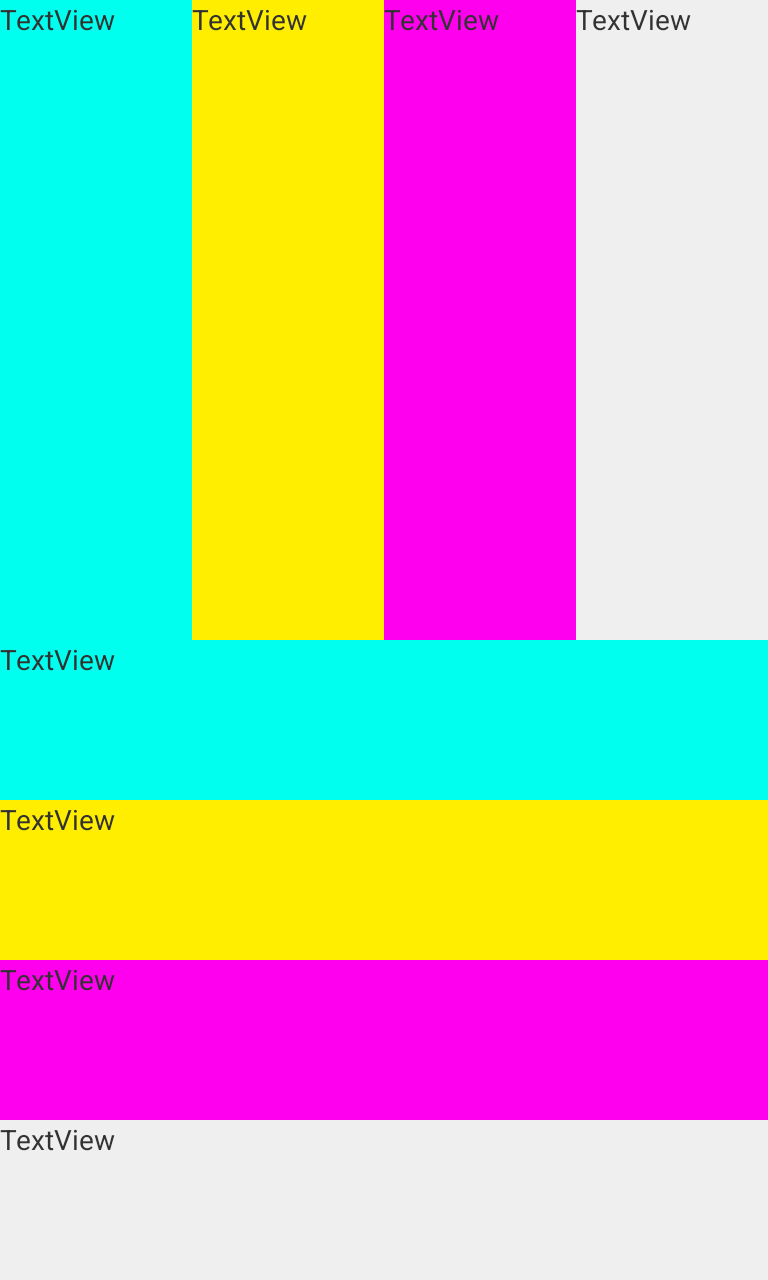
Repository: IvyZh/hm66
Layout: 黑马项目/res/layout/activity_sdstoraget.xml
These files come from the project's save history. The layout is drawn as it stood at one moment and after the next save; the edit follows.
It is drawn on a 768 x 1280 px phone screen (xhdpi) without system bars, with theme AppTheme; the app's code is not run.

Above is the layout before, as saved 2016-05-17 20:05:30.

### 黑马项目/res/layout/activity_sdstoraget.xml
<LinearLayout xmlns:android="http://schemas.android.com/apk/res/android"
    xmlns:tools="http://schemas.android.com/tools"
    android:layout_width="match_parent"
    android:layout_height="match_parent"
    android:orientation="vertical" >

    <LinearLayout
        android:layout_width="match_parent"
        android:layout_height="0dp"
        android:layout_weight="1"
        android:orientation="horizontal" >

        <TextView
            android:layout_width="0dp"
            android:layout_height="match_parent"
            android:layout_weight="1"
            android:background="#00ffee"
            android:text="TextView" />

        <TextView
            android:layout_width="0dp"
            android:layout_height="match_parent"
            android:layout_weight="1"
            android:background="#ffee00"
            android:text="TextView" />

        <TextView
            android:layout_width="0dp"
            android:layout_height="match_parent"
            android:layout_weight="1"
            android:background="#ff00ee"
            android:text="TextView" />

        <TextView
            android:layout_width="0dp"
            android:layout_height="match_parent"
            android:layout_weight="1"
            android:background="#efefef"
            android:text="TextView" />
    </LinearLayout>

    <LinearLayout
        android:layout_width="match_parent"
        android:layout_height="0dp"
        android:layout_weight="1"
        android:orientation="vertical" >

        <TextView
            android:layout_width="match_parent"
            android:layout_height="0dp"
            android:layout_weight="1"
            android:background="#00ffee"
            android:text="TextView" />

        <TextView
            android:layout_width="match_parent"
            android:layout_height="0dp"
            android:layout_weight="1"
            android:background="#ffee00"
            android:text="TextView" />

        <TextView
            android:layout_width="match_parent"
            android:layout_height="0dp"
            android:layout_weight="1"
            android:background="#ff00ee"
            android:text="TextView" />

        <TextView
            android:layout_width="match_parent"
            android:layout_height="0dp"
            android:layout_weight="1"
            android:background="#efefef"
            android:text="TextView" />
    </LinearLayout>

</LinearLayout>

Loaded but not shown: 黑马项目/res/values/styles.xml (common file); 黑马项目/res/values-v11/styles.xml (common file); 黑马项目/res/values-v14/styles.xml (common file)

After the next save:
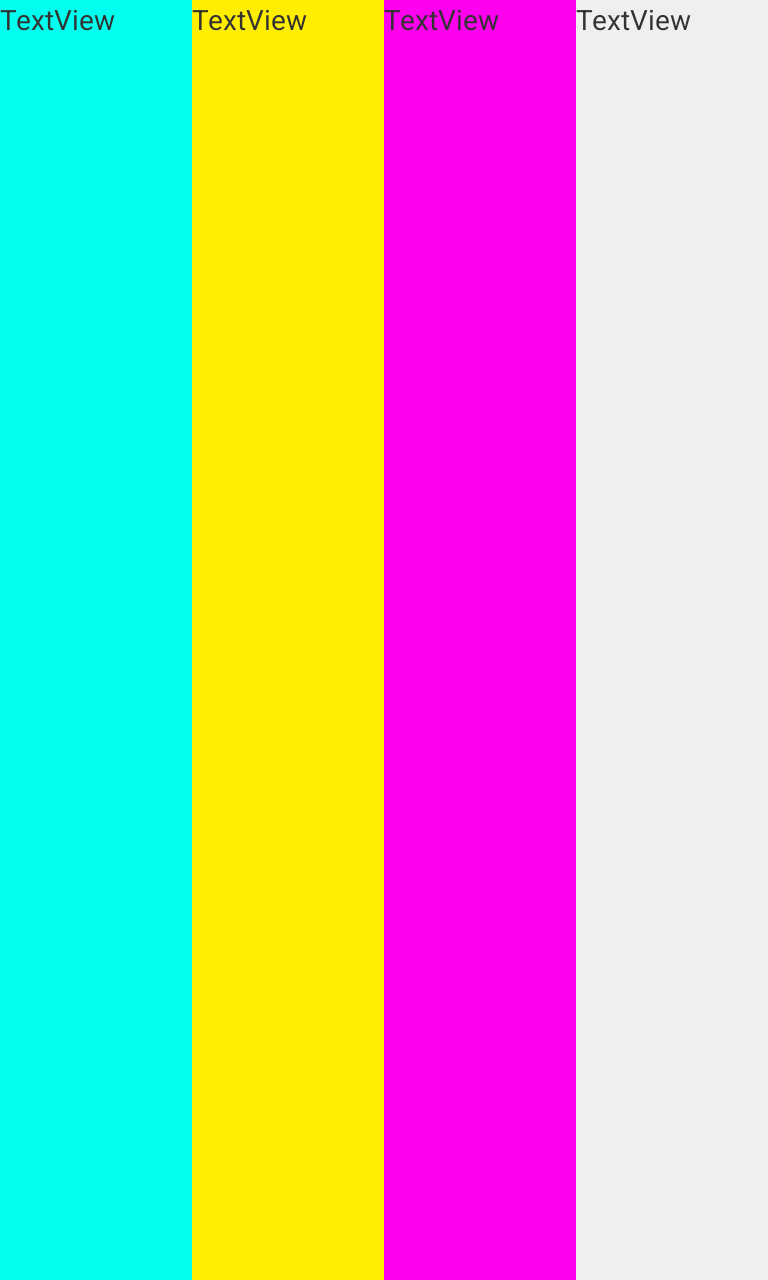
Saved 10 s later.
--- a/黑马项目/res/layout/activity_sdstoraget.xml
+++ b/黑马项目/res/layout/activity_sdstoraget.xml
@@ -39,39 +39,4 @@
             android:text="TextView" />
     </LinearLayout>
 
-    <LinearLayout
-        android:layout_width="match_parent"
-        android:layout_height="0dp"
-        android:layout_weight="1"
-        android:orientation="vertical" >
-
-        <TextView
-            android:layout_width="match_parent"
-            android:layout_height="0dp"
-            android:layout_weight="1"
-            android:background="#00ffee"
-            android:text="TextView" />
-
-        <TextView
-            android:layout_width="match_parent"
-            android:layout_height="0dp"
-            android:layout_weight="1"
-            android:background="#ffee00"
-            android:text="TextView" />
-
-        <TextView
-            android:layout_width="match_parent"
-            android:layout_height="0dp"
-            android:layout_weight="1"
-            android:background="#ff00ee"
-            android:text="TextView" />
-
-        <TextView
-            android:layout_width="match_parent"
-            android:layout_height="0dp"
-            android:layout_weight="1"
-            android:background="#efefef"
-            android:text="TextView" />
-    </LinearLayout>
-
 </LinearLayout>
